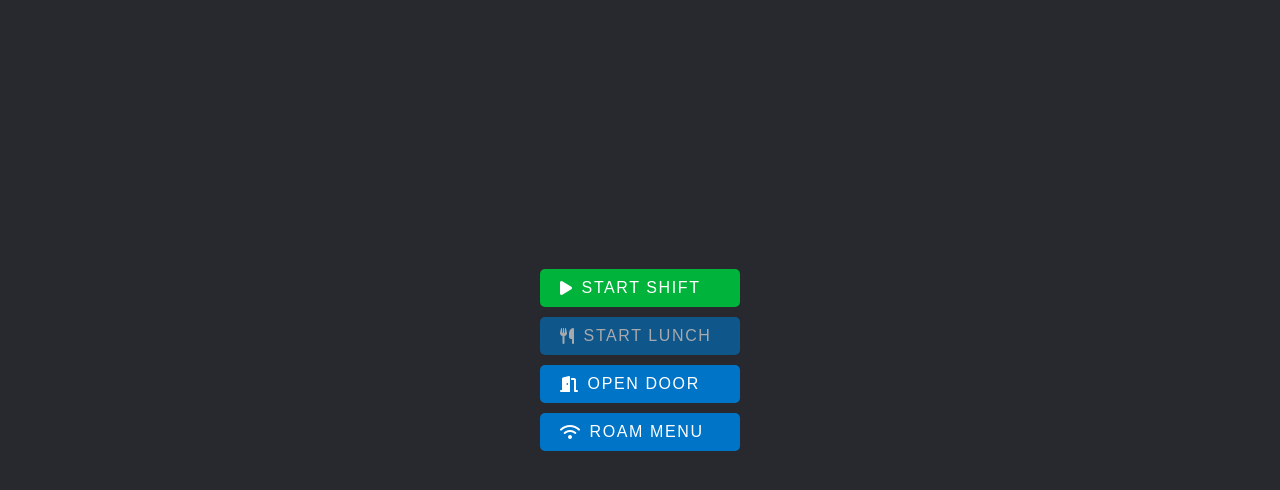
Repository: Philip-Rogers/button-state
Page: experiment.html
An editor plug-in stored every save of this project. The page is shown before and after the next save, followed by the edit.
The browser window is 1280 px wide. The pictures show the whole page.

Above is the page before, as saved 2024-08-14 16:11:48.

### experiment.html
<!DOCTYPE html>
<html lang="en">

<head>
    <meta charset="UTF-8">
    <meta name="viewport" content="width=device-width, initial-scale=1.0">
    <title>Shift and Lunch Toggle Buttons</title>
    <link rel="stylesheet" href="index.css">
    <link rel="stylesheet" href="https://cdnjs.cloudflare.com/ajax/libs/font-awesome/6.5.1/css/all.min.css"
        integrity="sha512-DTOQO9RWCH3ppGqcWaEA1BIZOC6xxalwEsw9c2QQeAIftl+Vegovlnee1c9QX4TctnWMn13TZye+giMm8e2LwA=="
        crossorigin="anonymous" referrerpolicy="no-referrer" />
</head>

<body>

    <!-- Container to hold all buttons -->
    <div class="button-container">
        <!-- Shift Button -->
        <button id="shiftButton" class="toggle-button" onclick="toggleShift()">
            <i class="fa fa-play"></i> Start Shift
        </button>

        <!-- Lunch Button -->
        <button id="lunchButton" class="toggle-button" onclick="toggleLunch()" disabled>
            <i class="fa fa-utensils"></i> Start Lunch
        </button>

        <!-- Open Door Button -->
        <button id="openDoorButton" class="toggle-button" onclick="toggleOpenDoor()">
            <i class="fa fa-door-open"></i> Open Door
        </button>

        <!-- Roaming Options Button -->
        <button id="roamingOptionsButton" class="toggle-button" onclick="toggleRoamingOptions()">
            <i class="fa fa-wifi"></i> Roam Menu
        </button>
    </div>

    <script>
        let shiftState = 'start'; // Tracks the state of the Shift button
        let lunchState = 'start'; // Tracks the state of the Lunch button
        let doorState = 'closed'; // Tracks the state of the Open Door button
        let roamingState = 'off'; // Tracks the state of the Roaming Options button

        // Function to toggle the Shift button text and color
        function toggleShift() {
            const shiftButton = document.getElementById('shiftButton');
            const lunchButton = document.getElementById('lunchButton');

            if (shiftState === 'start') {
                shiftButton.innerHTML = '<i class="fa fa-stop"></i> Stop Shift';
                shiftButton.style.backgroundColor = 'hsl(354, 70%, 54%)'; // Red for Stop Shift
                shiftState = 'stop';
                lunchButton.disabled = false; // Enable the Lunch button when Shift is started
            } else {
                // Revert all buttons to their default state
                shiftButton.innerHTML = '<i class="fa fa-play"></i> Start Shift';
                shiftButton.style.backgroundColor = 'hsl(140, 100%, 35%)'; // Green for Start Shift
                shiftState = 'start';
                lunchButton.disabled = true; // Disable the Lunch button when Shift is stopped
                lunchButton.innerHTML = '<i class="fa fa-utensils"></i> Start Lunch'; // Reset Lunch button text
                lunchButton.style.backgroundColor = 'hsl(205, 100%, 39%)'; // Reset Lunch button color
                lunchState = 'start'; // Reset Lunch button state

                // Reset Open Door and Roaming Options buttons
                resetOpenDoor();
                resetRoamingOptions();
            }
        }

        // Function to toggle the Lunch button text and color
        function toggleLunch() {
            const shiftButton = document.getElementById('shiftButton');
            const lunchButton = document.getElementById('lunchButton');

            if (lunchState === 'start') {
                lunchButton.innerHTML = '<i class="fa fa-stop"></i> Stop Lunch';
                lunchButton.style.backgroundColor = 'hsl(354, 70%, 54%)'; // Red for Stop Lunch

                if (shiftState === 'stop') {
                    shiftButton.style.backgroundColor =
                        'hsl(354, 70%, 44%)'; // Darkened red for Stop Shift when disabled
                    shiftButton.disabled = true; // Disable the Stop Shift button
                }

                lunchState = 'stop';
            } else {
                lunchButton.innerHTML = '<i class="fa fa-utensils"></i> Start Lunch';
                lunchButton.style.backgroundColor = 'hsl(205, 100%, 39%)'; // Blue for Start Lunch
                lunchButton.disabled = true; // Disable the Stop Lunch button

                if (shiftState === 'stop') {
                    shiftButton.style.backgroundColor = 'hsl(354, 70%, 54%)'; // Restore the red color for Stop Shift
                    shiftButton.disabled = false; // Re-enable the Stop Shift button
                }

                lunchState = 'start';
            }
        }

        // Function to toggle the Open Door button text and color
        function toggleOpenDoor() {
            const openDoorButton = document.getElementById('openDoorButton');

            if (doorState === 'closed') {
                openDoorButton.innerHTML = '<i class="fa fa-door-closed"></i> Close Door';
                openDoorButton.style.backgroundColor = 'hsl(354, 70%, 54%)'; // Red for Door Opened
                doorState = 'open';
            } else {
                resetOpenDoor();
            }
        }

        // Function to toggle the Roaming Options button text and color
        function toggleRoamingOptions() {
            const roamingOptionsButton = document.getElementById('roamingOptionsButton');

            if (roamingState === 'off') {
                roamingOptionsButton.innerHTML = '<i class="fa fa-wifi-slash"></i> Disable Roaming';
                roamingOptionsButton.style.backgroundColor = 'hsl(354, 70%, 54%)'; // Red for Roaming Enabled
                roamingState = 'on';
            } else {
                resetRoamingOptions();
            }
        }

        // Function to reset the Open Door button to its default state
        function resetOpenDoor() {
            const openDoorButton = document.getElementById('openDoorButton');
            openDoorButton.innerHTML = '<i class="fa fa-door-open"></i> Open Door';
            openDoorButton.style.backgroundColor = 'hsl(205, 100%, 39%)'; // Blue for Door Closed
            doorState = 'closed';
        }

        // Function to reset the Roaming Options button to its default state
        function resetRoamingOptions() {
            const roamingOptionsButton = document.getElementById('roamingOptionsButton');
            roamingOptionsButton.innerHTML = '<i class="fa fa-wifi"></i> Roaming Options';
            roamingOptionsButton.style.backgroundColor = 'hsl(205, 100%, 39%)'; // Blue for Roaming Disabled
            roamingState = 'off';
        }
    </script>

</body>

</html>

### index.css
body {
    background-color: hsl(225, 9%, 17%);
    margin: auto;
    display: flex;
    justify-content: center;
    align-items: center;
    height: 100vh;
    margin: 0;
}

button {
    font-size: 1.25em;
    display: block;
    border-radius: 5px;
    /* background-color: hsl(205, 100%, 39%); */
    background-color: hsl(140, 100%, 35%);
    /* Green for Start Shift */
    color: hsl(354, 70%, 100%);
    padding: 1em 1.25em;
    width: 300px;
    cursor: pointer;
    border: none;
    text-transform: uppercase;
    letter-spacing: 0.1em;
    transition: all .2s ease-in-out;
    /* -webkit-box-reflect: below 10px linear-gradient(transparent, transparent, #0004); */
}


#shiftButton i {
    margin-right: 8px;
}

#shiftButton.stopShift {
    background-color: hsl(354, 70%, 54%);
    /* Red for Stop Shift */
}






/* Container for the buttons to ensure they stack vertically */
.button-container {
    display: flex;
    flex-direction: column;
    align-items: flex-start;
    /* Align buttons to the start of the container */
    gap: 10px;
    /* Space between the buttons */
}

/* Style for the toggle buttons */
.toggle-button {
    color: white;
    background-color: hsl(140, 100%, 35%);
    /* Default green for Start Shift */
    border: none;
    padding: 10px 20px;
    font-size: 16px;
    cursor: pointer;
    display: flex;
    align-items: center;
    width: 200px;
    /* Fixed width for consistency */
}

#lunchButton,
#openDoorButton,
#roamingOptionsButton {
    background-color: hsl(205, 100%, 39%);
    /* Default blue color for Start Lunch, Open Door, and Roaming Options */
}

.toggle-button i {
    margin-right: 8px;
}

.toggle-button:disabled {
    cursor: not-allowed;
    opacity: 0.6;
}

After the next save:
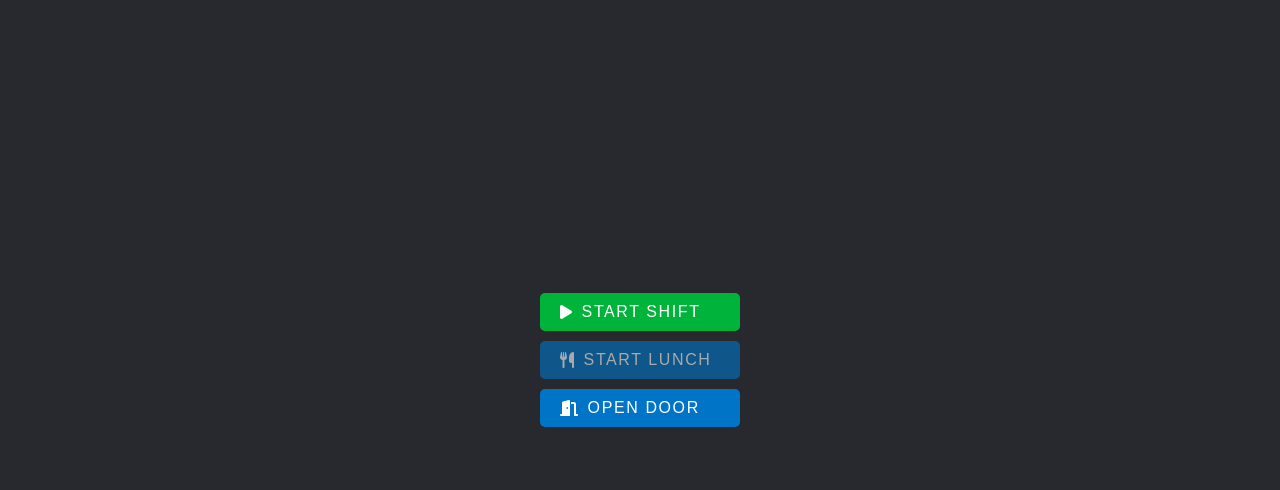
Saved 3 min 5 s later.
--- a/experiment.html
+++ b/experiment.html
@@ -29,18 +29,12 @@
         <button id="openDoorButton" class="toggle-button" onclick="toggleOpenDoor()">
             <i class="fa fa-door-open"></i> Open Door
         </button>
-
-        <!-- Roaming Options Button -->
-        <button id="roamingOptionsButton" class="toggle-button" onclick="toggleRoamingOptions()">
-            <i class="fa fa-wifi"></i> Roam Menu
-        </button>
     </div>
 
     <script>
         let shiftState = 'start'; // Tracks the state of the Shift button
         let lunchState = 'start'; // Tracks the state of the Lunch button
         let doorState = 'closed'; // Tracks the state of the Open Door button
-        let roamingState = 'off'; // Tracks the state of the Roaming Options button
 
         // Function to toggle the Shift button text and color
         function toggleShift() {
@@ -62,9 +56,8 @@
                 lunchButton.style.backgroundColor = 'hsl(205, 100%, 39%)'; // Reset Lunch button color
                 lunchState = 'start'; // Reset Lunch button state
 
-                // Reset Open Door and Roaming Options buttons
+                // Reset Open Door button
                 resetOpenDoor();
-                resetRoamingOptions();
             }
         }
 
@@ -78,8 +71,7 @@
                 lunchButton.style.backgroundColor = 'hsl(354, 70%, 54%)'; // Red for Stop Lunch
 
                 if (shiftState === 'stop') {
-                    shiftButton.style.backgroundColor =
-                        'hsl(354, 70%, 44%)'; // Darkened red for Stop Shift when disabled
+                    shiftButton.style.backgroundColor = 'hsl(354, 70%, 44%)'; // Darkened red for Stop Shift when disabled
                     shiftButton.disabled = true; // Disable the Stop Shift button
                 }
 
@@ -111,19 +103,6 @@
             }
         }
 
-        // Function to toggle the Roaming Options button text and color
-        function toggleRoamingOptions() {
-            const roamingOptionsButton = document.getElementById('roamingOptionsButton');
-
-            if (roamingState === 'off') {
-                roamingOptionsButton.innerHTML = '<i class="fa fa-wifi-slash"></i> Disable Roaming';
-                roamingOptionsButton.style.backgroundColor = 'hsl(354, 70%, 54%)'; // Red for Roaming Enabled
-                roamingState = 'on';
-            } else {
-                resetRoamingOptions();
-            }
-        }
-
         // Function to reset the Open Door button to its default state
         function resetOpenDoor() {
             const openDoorButton = document.getElementById('openDoorButton');
@@ -131,14 +110,6 @@
             openDoorButton.style.backgroundColor = 'hsl(205, 100%, 39%)'; // Blue for Door Closed
             doorState = 'closed';
         }
-
-        // Function to reset the Roaming Options button to its default state
-        function resetRoamingOptions() {
-            const roamingOptionsButton = document.getElementById('roamingOptionsButton');
-            roamingOptionsButton.innerHTML = '<i class="fa fa-wifi"></i> Roaming Options';
-            roamingOptionsButton.style.backgroundColor = 'hsl(205, 100%, 39%)'; // Blue for Roaming Disabled
-            roamingState = 'off';
-        }
     </script>
 
 </body>
